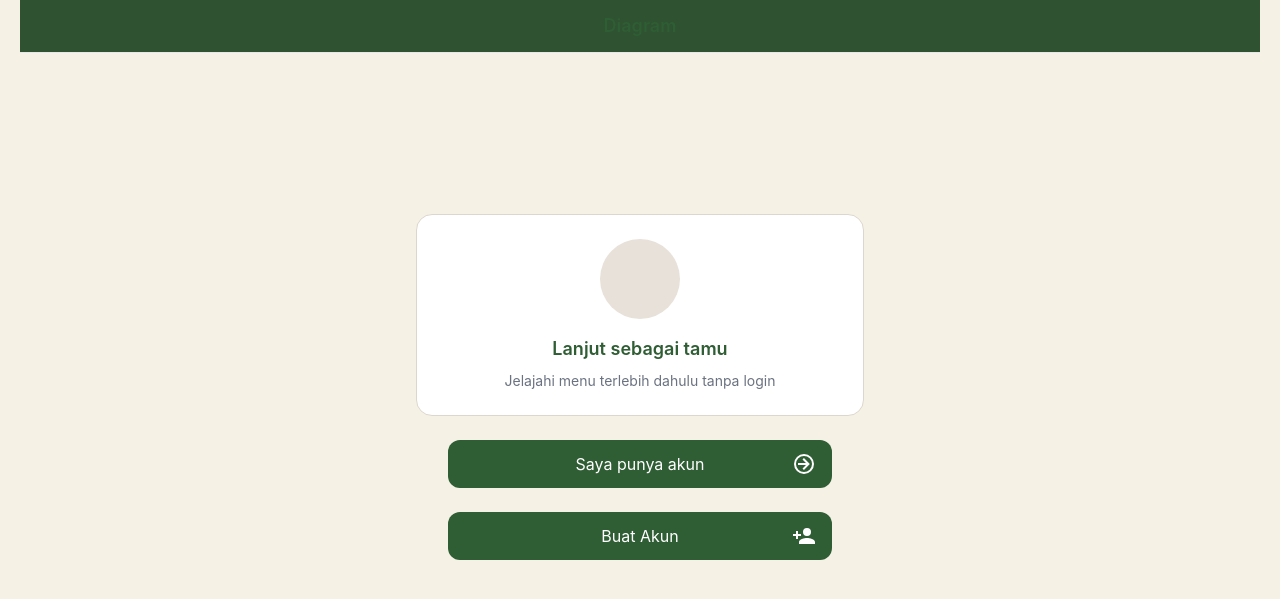
Repository: PajarAland/DiagramCoffee
Page: /
The author's editor kept a copy of each file at every save. The page is drawn from the files as they stood at one save, then again after the next save.
The browser window is 1280 px wide. The pictures show the whole page.
The page's requests for data from a server got no answer. The project was rebuilt for these pictures with package versions that can differ from the ones it lists, and the page was loaded fresh each time. Some packages were replaced by stand-ins written for this rebuild. No one was signed in, and anything a server would have sent is missing. Also part of the build but not shown: vite.config.js, src/pages/Login.jsx, src/pages/Register.jsx, src/pages/Home.jsx, src/auth/ProtectedRoute.jsx.

Above is the page before, as saved 2026-04-26 18:03:31.

After the next save:
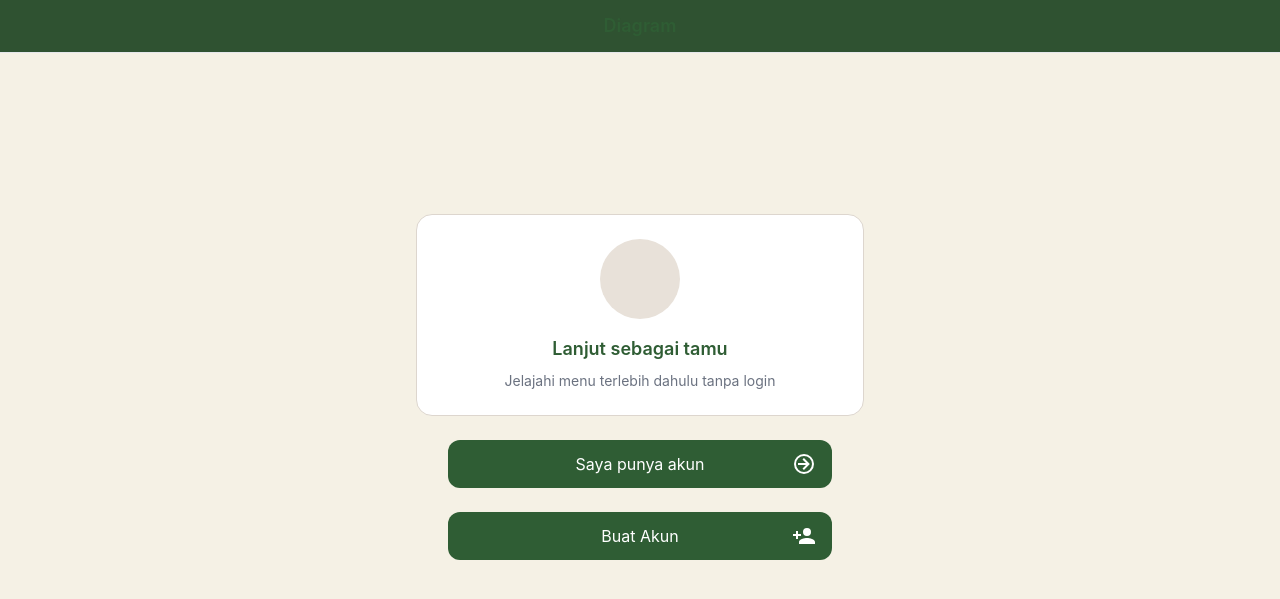
Saved 37 s later.
--- a/src/pages/Landing.jsx
+++ b/src/pages/Landing.jsx
@@ -8,11 +8,11 @@ function Landing() {
   const navigate = useNavigate();
 
   return (
-    <div className="min-h-screen bg-[#F5F1E5] flex flex-col items-center justify-center px-5">
+    <div className="min-h-screen bg-[#F5F1E5] flex flex-col">
 
       <Navbar title="Diagram" />
 
-      <div className="flex flex-col items-center justify-center flex-1 w-full">
+      <div className="flex flex-col items-center justify-center flex-1 w-full px-5">
 
         {/* <h1 className="text-3xl font-bold text-[#2F5D34] mb-6">
           Diagram
